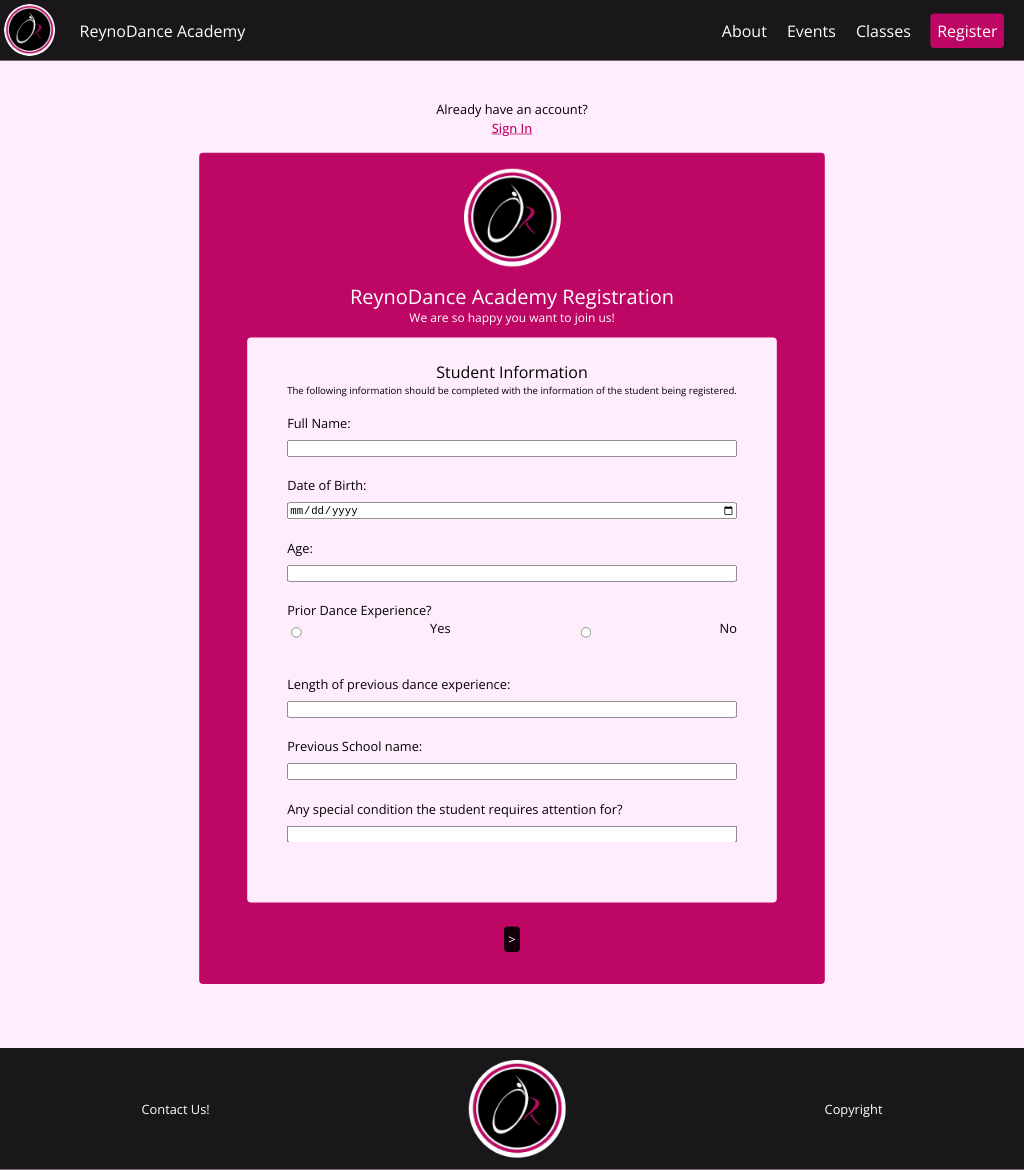
Repository: andreaelpz/reynodance-academy
Page: /register
The author's editor kept a copy of each file at every save. The page is drawn from the files as they stood at one save, then again after a run of saves.
The browser window is 1280 px wide. The pictures show the whole page, at 80% of full size.
The project was rebuilt for these pictures with package versions that can differ from the ones it lists, and the page was loaded fresh each time. Also part of the build but not shown: angular.json.

Above is the page before, as saved 2024-11-18 21:48:08.

After the next 3 saves:
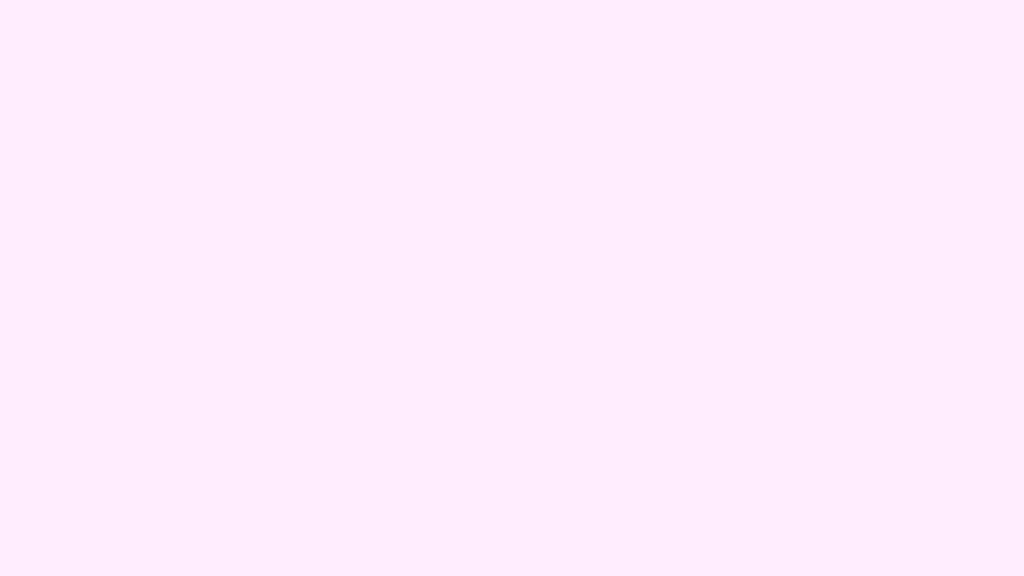
The 3 saves are shown as one change because they came seconds apart.
The last was saved 10 s later.
--- a/src/app/user/register/register.component.html
+++ b/src/app/user/register/register.component.html
@@ -17,7 +17,7 @@
         <div class = "info"> The following information should be completed with the information of the student being registered.</div>
         <br>
         Full Name: <input [(ngModel)]="user.fullName" name="name" type="text" />
-        Date of Birth:<input  name="dob" type="date" />
+        Date of Birth:<input [(ngModel)] name="dob" type="date" />
         Age:<input name="age" type="number" />
         Prior Dance Experience?
         <div class="experience">

After the 2 saves that followed:
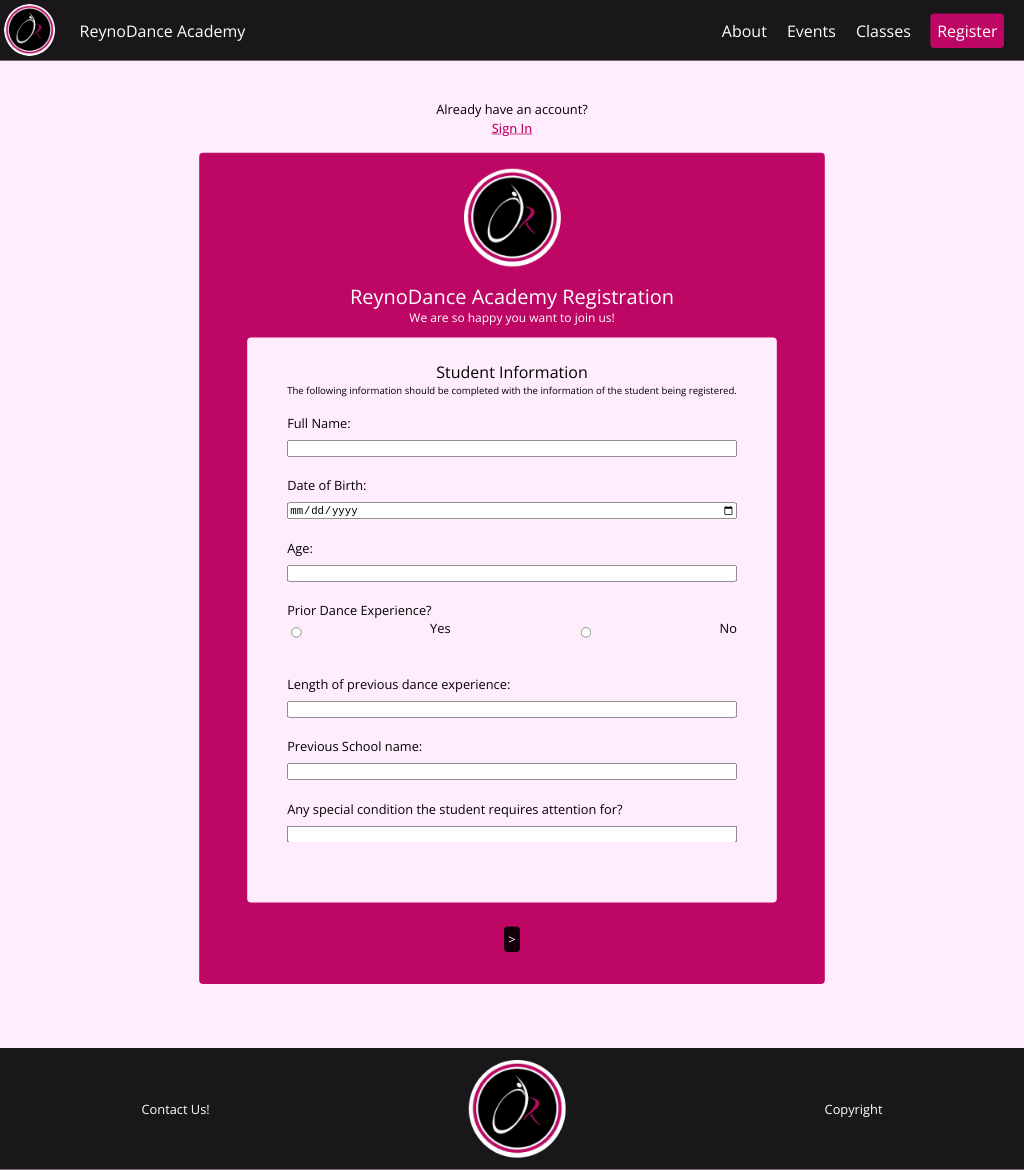
The 2 saves are shown as one change because 1 left the picture as it was.
The last was saved 12 s later.
--- a/src/app/user/register/register.component.html
+++ b/src/app/user/register/register.component.html
@@ -17,7 +17,7 @@
         <div class = "info"> The following information should be completed with the information of the student being registered.</div>
         <br>
         Full Name: <input [(ngModel)]="user.fullName" name="name" type="text" />
-        Date of Birth:<input [(ngModel)] name="dob" type="date" />
+        Date of Birth:<input [(ngModel)]="user.dateOfBirth" name="dob" type="date" />
         Age:<input name="age" type="number" />
         Prior Dance Experience?
         <div class="experience">
